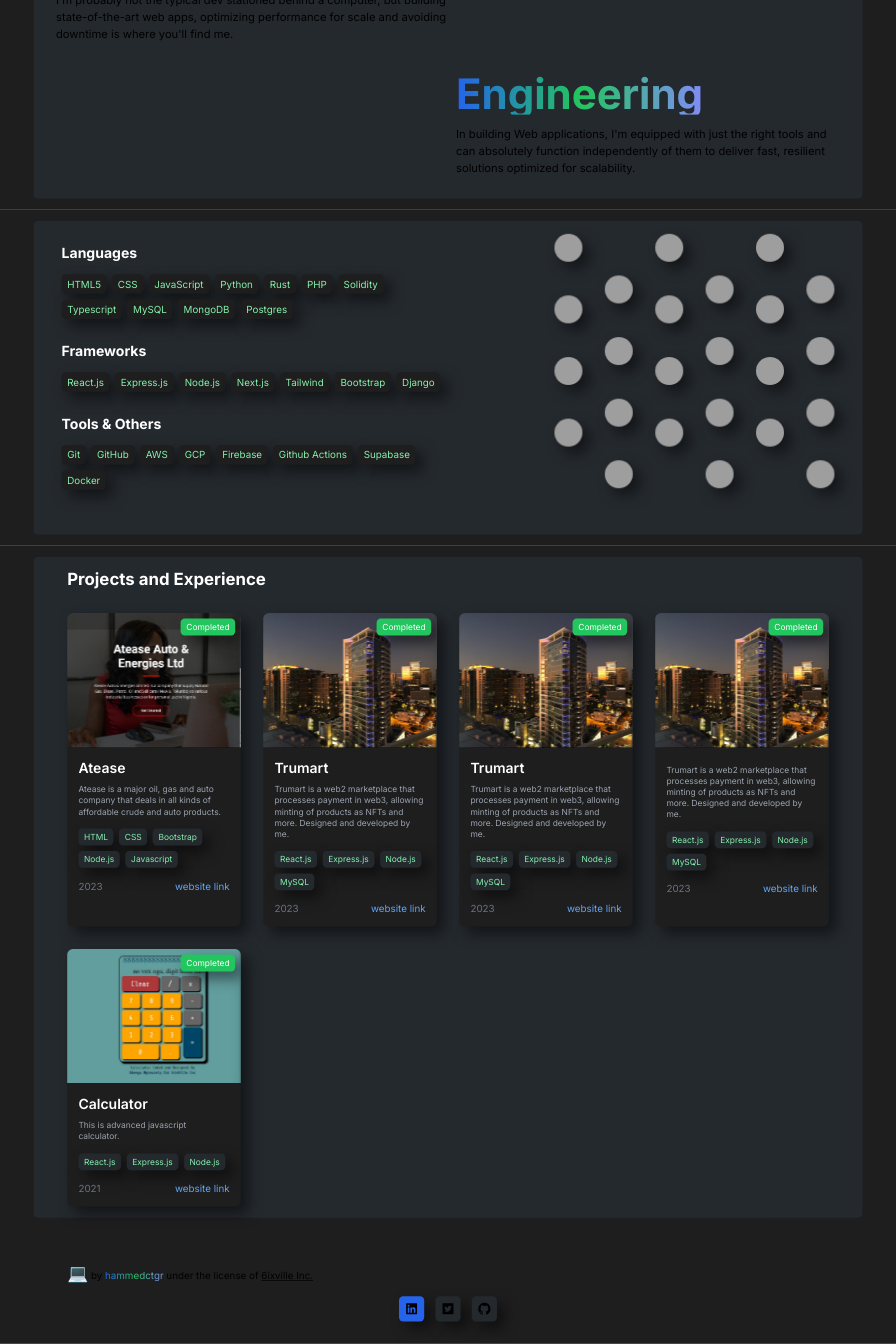
Repository: muhammedctgr/hammedctgr
Page: /
These files come from the project's save history. The page is drawn as it stood at one moment and after a run of saves; the edit follows.
The browser window is 1280 px wide. The pictures show the part of the page from y = 744 to 2664 px (the page is 2664 px tall), at 70% of full size.
Pictures or frames that could not be fetched are drawn as grey boxes. The project was rebuilt for these pictures with package versions that can differ from the ones it lists, and the page was loaded fresh each time. The framework's server and built-in components were replaced by stand-ins that run in the browser. Also part of the build but not shown: next.config.mjs.

Above is the page before, as saved 2024-08-17 10:59:26.

### app/layout.tsx
import type { Metadata } from "next";
import { Inter } from "next/font/google";
import "./globals.css";

const inter = Inter({ subsets: ["latin"] });

export const metadata: Metadata = {
  title: "Popoola Muhammed",
  description: "Generated by create next app",
};

export default function RootLayout({
  children,
}: Readonly<{
  children: React.ReactNode;
}>) {
  return (
    <html lang="en">
      <body className={inter.className}>{children}</body>
    </html>
  );
}

### app/page.tsx
import Head from 'next/head';
import Hero from '../components/Hero';
import SkillsSection from '@/components/SkillsSection';
import SummarySection from '@/components/SummarySection';
import ProjectsSection from '@/components/ProjectsSection';
import Footer from '@/components/Footer';

const Home = () => (
  <div>
    <Head>
      <title>Popoola Muhammed | Fullstack Dev</title>
      <meta name="description" content="Welcome to my developer portfolio" />
    </Head>

    <Hero />
    <SummarySection />
    <SkillsSection />
    <ProjectsSection />
    <Footer />
  </div>
);

export default Home;

### app/globals.css
@tailwind base;
@tailwind components;
@tailwind utilities;

:root {
  --foreground-rgb: 0, 0, 0;
  --background-start-rgb: 214, 219, 220;
  --background-end-rgb: 255, 255, 255;
}

@media (prefers-color-scheme: dark) {
  :root {
    --foreground-rgb: 255, 255, 255;
    --background-start-rgb: 0, 0, 0;
    --background-end-rgb: 0, 0, 0;
  }
}

body {
  color: rgb(var(--foreground-rgb));
  background: linear-gradient(
      to bottom,
      transparent,
      rgb(var(--background-end-rgb))
    )
    rgb(var(--background-start-rgb));
}

@layer utilities {
  .text-balance {
    text-wrap: balance;
  }
}


@keyframes upDown {
  0%, 100% {
    transform: translateY(0);
  }
  50% {
    transform: translateY(-10px); /* Adjust the value as needed */
  }
}

.animate-upDown {
  animation: upDown 2s infinite ease-in-out; /* Adjust duration as needed */
}


@keyframes scroll-medium {
  0% {
    transform: translateY(-100%);
  }
  100% {
    transform: translateY(100%);
  }
}

@keyframes scroll-fast {
  0% {
    transform: translateY(-100%);
  }
  100% {
    transform: translateY(30vh);
  }
}

@keyframes scroll-upfast {
  0% {
    transform: translateY(100%);
  }
  100% {
    transform: translateY(-30vh);
  }
}

.animate-scroll-upfast {
  animation: scroll-upfast 2s linear infinite;
}

.animate-scroll-fast {
  animation: scroll-fast 2s linear infinite;
}

.animate-scroll-medium {
  animation: scroll-medium 6s linear infinite;
}

.animate-scroll-delay {
  animation-delay: 2s;
}

.animate-scroll-delay-long {
  animation-delay: 4s;
}

.animate-scroll {
  animation: scroll 10s linear infinite;
}

.neumorph {
  border-radius: 5px;
  background: linear-gradient(145deg, #161414, #1a1818);
  box-shadow:  5px 5px 10px #111010,
               -5px -5px 10px #1f1c1c;
}

@keyframes slide {
  0% { transform: translateX(0); }
  100% { transform: translateX(-100%); }
}

.infinite-scroll {
  display: flex;
  animation: slide 2s ease-in-out infinite;
}

.infinite-scroll img {
  min-width: 100%;
}

### components/Hero.tsx
import Image from 'next/image';
import profilePic from '../public/profile.png';
import { AiFillLinkedin, AiFillGithub, AiFillTwitterSquare, AiFillX } from 'react-icons/ai';

const Hero = () => {
  return (
    <section className="bg-gptGray px-4 py-4 md:pt-8 md:px-8 lg:px-12 text-white flex items-center">
  <div className="container bg-githubGray shadow-lg rounded-md mx-auto flex flex-col md:flex-row md:px-2 relative overflow-hidden">
    <div className="flex-1 text-left p-4 md:p-8">
      <div className="inline-block bg-blue-600 text-black py-1 px-3 mb-4 rounded-md">
        Hi, I’m
      </div>
      <div className="mb-6">
        <h1 className="text-xl md:text-3xl font-bold">Popoola Muhammed</h1>
        <p className="mt-2 text-lg md:text-xl">Full-Stack Developer, I build and manage</p>
      </div>
      <ul className="mt-4 list-disc list-inside text-xs md:text-base">
        <li>Highly Optimized and Responsive <span className="text-blue-600">FRONT-END</span></li>
        <li>Secure and Scalable <span className="text-blue-600">BACK-END & DATABASE</span></li>
        <li><span className="text-blue-600">IT</span> Infrastructure</li>
      </ul>
      <div className="mt-6">
        <a href="#contact" className="underline">Let’s Connect</a>
        <div className="mt-2 flex justify-start space-x-4">
          <a href="#" className="bg-blue-600 p-2 rounded-md shadow-deep-all transform transition-transform duration-300 hover:scale-110">
            <AiFillLinkedin size={20} />
          </a>
          <a href="#" className="bg-githubGray p-2 rounded-md shadow-deep-all transform transition-transform duration-300 hover:scale-110">
            <AiFillTwitterSquare size={20} />
          </a>
          <a href="#" className="bg-githubGray p-2 rounded-md shadow-deep-all transform transition-transform duration-300 hover:scale-110">
            <AiFillGithub size={20} />
          </a>
        </div>
      </div>
    </div>
    <div className="relative flex-1 p-4 md:p-8">
      <img src="https://cdn.jsdelivr.net/gh/devicons/devicon@latest/icons/python/python-original.svg" className="right-4 w-8 h-8 md:w-16 md:h-16 lg:w-16 lg:h-16 bg-gptGray rounded-md animate-bounce shadow-deep-all" />
      <div className="relative w-40 h-40 md:w-72 md:h-72 lg:w-96 lg:h-96 mx-auto">
        <Image src={profilePic} alt="Popoola Muhammed" layout="fill" className="rounded-full object-cover animate-upDown" />
      </div>
      <img src="https://cdn.jsdelivr.net/gh/devicons/devicon@latest/icons/rust/rust-original.svg"  className="w-8 h-8 md:w-16 md:h-16 lg:w-16 lg:h-16 bg-gptGray rounded-3xl shadow-deep-all animate-bounce absolute top-8 right-4" />
      <img src="https://cdn.jsdelivr.net/gh/devicons/devicon@latest/icons/javascript/javascript-original.svg" className="w-8 h-8 md:w-12 md:h-12 lg:w-12 lg:h-12 bg-gptGray rounded-md animate-bounce shadow-deep-all" />
    </div>
    <img src="https://cdn.jsdelivr.net/gh/devicons/devicon@latest/icons/nextjs/nextjs-original.svg" className="w-8 h-8 md:w-12 md:h-12 lg:w-12 lg:h-12 bg-gptGray rounded-3xl shadow-deep-all animate-bounce absolute bottom-4 right-36" />
  </div>
</section>
  );
};

export default Hero;

### components/SkillsSection.tsx
import Image from 'next/image';
import { FC } from 'react';

interface SkillCategory {
  title: string;
  skills: { name: string; }[];
}

const skills: SkillCategory[] = [
  {
    title: "Languages",
    skills: [
      { name: "HTML5",  },
      { name: "CSS", },
      { name: "JavaScript",  },
      { name: "Python", },
      { name: "Rust",  },
      { name: "PHP", },
      { name: "Solidity",  },
      { name: "Typescript",  },
      { name: "MySQL",  },
      { name: "MongoDB", },
      { name: "Postgres", },
    ],
  },
  {
    title: "Frameworks",
    skills: [
      { name: "React.js", },
      { name: "Express.js",  },
      { name: "Node.js", },
      { name: "Next.js", },
      { name: "Tailwind", },
      { name: "Bootstrap", },
      { name: "Django", }
    ],
  },
  {
    title: "Tools & Others",
    skills: [
      { name: "Git",  },
      { name: "GitHub",  },
      { name: "AWS", },
      { name: "GCP", },
      { name: "Firebase", },
      { name: "Github Actions", },
      { name: "Supabase",  },
      { name: "Docker",  },
    ],
  },
];

const icons = [
  "/icons/html5.svg", // Replace with your icon paths
  "/icons/css3.svg",
  "/icons/javascript.svg",
  "/icons/python.svg",
  // Add the rest of the icons as needed
];

const SkillsSection: FC = () => {
  return (
  <section className="px-4 py-4 md:px-8 lg:px-12 bg-gptGray text-white w-full h-full">
  <div className="container bg-githubGray rounded-md mx-auto flex flex-col md:flex-row items-start md:px-2">
    <div className="flex-1 p-4 md:p-8">
      {skills.map((category) => (
        <div key={category.title} className="mb-8">
          <h2 className="text-lg md:text-xl font-bold mb-4 ">{category.title}</h2>
          <div className="flex flex-wrap gap-2">
            {category.skills.map((skill) => (
              <span
                key={skill.name}
                className={`px-2 py-1 rounded-md text-sm shadow-deep-all bg-gptGray text-green-300`}
              >
                {skill.name}
              </span>
            ))}
          </div>
        </div>
      ))}
    </div>
    <div className="flex-1 flex flex-col items-center md:items-end overflow-hidden md:pb-8">
      <div className="grid grid-cols-6 md:grid-cols-6 gap-8 p-4 md:p-8">
      <img src="https://cdn.jsdelivr.net/gh/devicons/devicon@latest/icons/html5/html5-original.svg" className="w-10 h-10 md:w-10 md:h-10 lg:w-10 lg:h-10 bg-gptGray rounded-3xl shadow-deep-all mt-4 animate-scroll-fast" />
      <img src="https://cdn.jsdelivr.net/gh/devicons/devicon@latest/icons/css3/css3-original.svg" className="w-10 h-10 md:w-10 md:h-10 lg:w-10 lg:h-10 bg-gptGray rounded-3xl shadow-deep-all mt-4 animate-scroll-upfast" />
      <img src="https://cdn.jsdelivr.net/gh/devicons/devicon@latest/icons/javascript/javascript-original.svg" className="w-10 h-10 md:w-10 md:h-10 lg:w-10 lg:h-10 bg-gptGray rounded-3xl shadow-deep-all mt-4 animate-scroll-fast" />
      <img src="https://cdn.jsdelivr.net/gh/devicons/devicon@latest/icons/python/python-original.svg" className="w-10 h-10 md:w-10 md:h-10 lg:w-10 lg:h-10 bg-gptGray rounded-3xl shadow-deep-all mt-4 animate-scroll-upfast" />
      <img src="https://cdn.jsdelivr.net/gh/devicons/devicon@latest/icons/rust/rust-original.svg"  className="w-10 h-10 md:w-10 md:h-10 lg:w-10 lg:h-10 bg-gptGray rounded-3xl shadow-deep-all mt-4 animate-scroll-fast" />
      <img src="https://cdn.jsdelivr.net/gh/devicons/devicon@latest/icons/php/php-original.svg" className="w-10 h-10 md:w-10 md:h-10 lg:w-10 lg:h-10 bg-gptGray rounded-3xl shadow-deep-all mt-4 animate-scroll-upfast"  />
      <img src="https://cdn.jsdelivr.net/gh/devicons/devicon@latest/icons/solidity/solidity-original.svg" className="w-10 h-10 md:w-10 md:h-10 lg:w-10 lg:h-10 bg-gptGray rounded-3xl shadow-deep-all mt-4 animate-scroll-fast" />
      <img src="https://cdn.jsdelivr.net/gh/devicons/devicon@latest/icons/typescript/typescript-original.svg" className="w-10 h-10 md:w-10 md:h-10 lg:w-10 lg:h-10 bg-gptGray rounded-3xl shadow-deep-all mt-4 animate-scroll-upfast" />
      <img src="https://cdn.jsdelivr.net/gh/devicons/devicon@latest/icons/mysql/mysql-original.svg" className="w-10 h-10 md:w-10 md:h-10 lg:w-10 lg:h-10 bg-gptGray rounded-3xl shadow-deep-all mt-4 animate-scroll-fast" />
      <img src="https://cdn.jsdelivr.net/gh/devicons/devicon@latest/icons/mongodb/mongodb-original.svg" className="w-10 h-10 md:w-10 md:h-10 lg:w-10 lg:h-10 bg-gptGray rounded-3xl shadow-deep-all mt-4 animate-scroll-upfast" />
      <img src="https://cdn.jsdelivr.net/gh/devicons/devicon@latest/icons/react/react-original.svg" className="w-10 h-10 md:w-10 md:h-10 lg:w-10 lg:h-10 bg-gptGray rounded-3xl shadow-deep-all mt-4 animate-scroll-fast" />
      <img src="https://cdn.jsdelivr.net/gh/devicons/devicon@latest/icons/nextjs/nextjs-original.svg" className="w-10 h-10 md:w-10 md:h-10 lg:w-10 lg:h-10 bg-gptGray rounded-3xl shadow-deep-all mt-4 animate-scroll-upfast" />
      <img src="https://cdn.jsdelivr.net/gh/devicons/devicon@latest/icons/tailwindcss/tailwindcss-original.svg" className="w-10 h-10 md:w-10 md:h-10 lg:w-10 lg:h-10 bg-gptGray rounded-3xl shadow-deep-all mt-4 animate-scroll-fast" />
      <img src="https://cdn.jsdelivr.net/gh/devicons/devicon@latest/icons/git/git-original.svg" className="w-10 h-10 md:w-10 md:h-10 lg:w-10 lg:h-10 bg-gptGray rounded-3xl shadow-deep-all mt-4 animate-scroll-upfast" />
      <img src="https://cdn.jsdelivr.net/gh/devicons/devicon@latest/icons/github/github-original.svg" className="w-10 h-10 md:w-10 md:h-10 lg:w-10 lg:h-10 bg-gptGray rounded-3xl shadow-deep-all mt-4 animate-scroll-fast" />
      <img src="https://cdn.jsdelivr.net/gh/devicons/devicon@latest/icons/amazonwebservices/amazonwebservices-original-wordmark.svg" className="w-10 h-10 md:w-10 md:h-10 lg:w-10 lg:h-10 bg-gptGray rounded-3xl shadow-deep-all mt-4 animate-scroll-upfast" />
      <img src="https://cdn.jsdelivr.net/gh/devicons/devicon@latest/icons/googlecloud/googlecloud-original.svg" className="w-10 h-10 md:w-10 md:h-10 lg:w-10 lg:h-10 bg-gptGray rounded-3xl shadow-deep-all mt-4 animate-scroll-fast" />
      <img src="https://cdn.jsdelivr.net/gh/devicons/devicon@latest/icons/postgresql/postgresql-original.svg" className="w-10 h-10 md:w-10 md:h-10 lg:w-10 lg:h-10 bg-gptGray rounded-3xl shadow-deep-all mt-4 animate-scroll-upfast" />
      <img src="https://cdn.jsdelivr.net/gh/devicons/devicon@latest/icons/supabase/supabase-original.svg" className="w-10 h-10 md:w-10 md:h-10 lg:w-10 lg:h-10 bg-gptGray rounded-3xl shadow-deep-all mt-4 animate-scroll-fast" />
      <img src="https://cdn.jsdelivr.net/gh/devicons/devicon@latest/icons/docker/docker-original.svg" className="w-10 h-10 md:w-10 md:h-10 lg:w-10 lg:h-10 bg-gptGray rounded-3xl shadow-deep-all mt-4 animate-scroll-upfast" />
      <img src="https://cdn.jsdelivr.net/gh/devicons/devicon@latest/icons/django/django-plain.svg" className="w-10 h-10 md:w-10 md:h-10 lg:w-10 lg:h-10 bg-gptGray rounded-3xl shadow-deep-all mt-4 animate-scroll-fast" />
      <img src="https://cdn.jsdelivr.net/gh/devicons/devicon@latest/icons/bootstrap/bootstrap-original.svg" className="w-10 h-10 md:w-10 md:h-10 lg:w-10 lg:h-10 bg-gptGray rounded-3xl shadow-deep-all mt-4 animate-scroll-upfast" />
      <img src="https://cdn.jsdelivr.net/gh/devicons/devicon@latest/icons/nodejs/nodejs-original.svg" className="w-10 h-10 md:w-10 md:h-10 lg:w-10 lg:h-10 bg-gptGray rounded-3xl shadow-deep-all mt-4 animate-scroll-fast" />
      <img src="https://cdn.jsdelivr.net/gh/devicons/devicon@latest/icons/githubactions/githubactions-original.svg" className="w-10 h-10 md:w-10 md:h-10 lg:w-10 lg:h-10 bg-gptGray rounded-3xl shadow-deep-all mt-4 animate-scroll-upfast" />
      </div>
    </div>
  </div>
</section>
  );
};

export default SkillsSection;

### components/SummarySection.tsx
import { FC } from 'react';

const SummarySection: FC = () => {
  return (
<section className="px-4 py-4 md:px-8 lg:px-12 bg-gptGray relative overflow-hidden">
  <div className="container bg-githubGray mx-auto flex rounded-md flex-col md:flex-row justify-between items-start md:px-8 p-4 md:p-8">
    <div className=" mb-8 md:mb-8">
      <div className="mb-4">
        <span className="text-4xl md:text-6xl font-bold bg-gradient-to-r from-blue-600 via-green-500 to-indigo-400 inline-block text-transparent bg-clip-text">Software</span>
      </div>
      <p className="text-sm md:text-base">
        I'm probably not the typical dev stationed behind a computer, but building state-of-the-art web apps, optimizing performance for scale and avoiding downtime is where you'll find me.
      </p>
    </div>
    <div className=" md:mt-48">
      <div className="mb-4">
        <span className="text-4xl md:text-6xl font-bold bg-gradient-to-r from-blue-600 via-green-500 to-indigo-400 inline-block text-transparent bg-clip-text">Engineering</span>
      </div>
      <p className="text-sm md:text-base">
        In building Web applications, I'm equipped with just the right tools and can absolutely function independently of them to deliver fast, resilient solutions optimized for scalability.
      </p>
    </div>
  </div>
</section>
  );
};

export default SummarySection;

### components/ProjectsSection.tsx
import { FC } from 'react';

interface Project {
  title: string;
  description: string;
  technologies: string[];
  date: string;
  status: string;
  images: string[];
  link: string;
}

const projects: Project[] = [
  {
    title: "Atease",
    description: "Atease is a major oil, gas and auto company that deals in all kinds of affordable crude and auto products.",
    technologies: ["HTML", "CSS", "Bootstrap", "Node.js", "Javascript"],
    date: "2023",
    status: "Completed",
    images: ["at1.jpg", "at2.jpg", "at3.jpg",],
    link: "https://ateasegroup.com",
  },
  {
    title: "Trumart",
    description: "Trumart is a web2 marketplace that processes payment in web3, allowing minting of products as NFTs and more. Designed and developed by me.",
    technologies: ["React.js", "Express.js", "Node.js", "MySQL"],
    date: "2023",
    status: "Completed",
    images: ["pic1.jpg", "pic1.jpg", "pic1.jpg"],
    link: "https://example.com",
  },
  {
    title: "Trumart",
    description: "Trumart is a web2 marketplace that processes payment in web3, allowing minting of products as NFTs and more. Designed and developed by me.",
    technologies: ["React.js", "Express.js", "Node.js", "MySQL"],
    date: "2023",
    status: "Completed",
    images: ["pic1.jpg", "pic1.jpg",],
    link: "https://example.com",
  },
  {
    title: "",
    description: "Trumart is a web2 marketplace that processes payment in web3, allowing minting of products as NFTs and more. Designed and developed by me.",
    technologies: ["React.js", "Express.js", "Node.js", "MySQL"],
    date: "2023",
    status: "Completed",
    images: ["pic1.jpg", "pic1.jpg",],
    link: "https://example.com",
  },
  {
    title: "Calculator",
    description: "This is advanced javascript calculator.",
    technologies: ["React.js", "Express.js", "Node.js",],
    date: "2021",
    status: "Completed",
    images: ["calc2.jpg", "calc1.jpg", "at1.jpg",],
    link: "https://codepen.io/6ix-ville/full/zYEOQex",
  },
  // Add more projects as needed...
];

const ProjectsSection: FC = () => {
  return (
    <section className="bg-gptGray md:px-8 px-4 py-4 lg:px-12">
      <div className="container bg-githubGray rounded-md mx-auto md:px-8">
        <h2 className="text-2xl font-bold text-white p-4">Projects and Experience</h2>
        <div className="grid grid-cols-1 sm:grid-cols-3 lg:grid-cols-4 gap-8 p-4">
          {projects.map((project, index) => (
            <div key={index} className="bg-gptGray rounded-lg overflow-hidden shadow-deep-all transform transition-transform duration-300 hover:scale-105 ">
              <div className="relative w-full h-48 overflow-hidden">
                <div className="absolute inset-0 flex animate-slide infinite-scroll">
                  {project.images.map((image, i) => (
                    <img key={i} src={image} alt={`${project.title} image ${i + 2}`} className="w-full h-full object-cover shadow-deep-all" />
                  ))}
                </div>
                <span className="shadow-deep-all absolute top-2 right-2 bg-green-500 text-xs text-white px-2 py-1 rounded-md">{project.status}</span>
              </div>
              <div className="p-4">
                <h3 className="text-xl font-semibold text-white mb-2">{project.title}</h3>
                <p className="text-gray-400 text-xs mb-4">{project.description}</p>
                <div className="flex flex-wrap gap-2 mb-4">
                  {project.technologies.map((tech, i) => (
                    <span key={i} className="bg-githubGray shadow-deep-all text-green-300 text-xs px-2 py-1 rounded-md">{tech}</span>
                  ))}
                </div>
                <div className="flex justify-between items-center">
                  <span className="text-gray-500 text-sm">{project.date}</span>
                  <a href={project.link} target="_blank" rel="noopener noreferrer" className="text-blue-400 hover:underline text-sm">website link</a>
                </div>
              </div>
            </div>
          ))}
        </div>
      </div>
    </section>
  );
};

export default ProjectsSection;

### components/Footer.tsx
import { AiFillLinkedin, AiFillGithub, AiFillTwitterSquare, AiFillX } from 'react-icons/ai';

const Footer = () => {
    return (
        <div className="bg-gptGray px-4 py-4 md:pt-4 md:px-4 lg:px-12">
            <div className='bg-gptGray px-4 py-4 md:pt-8 md:px-12 text-sm'>
                <p>
                <span className='text-2xl'>&#128187;</span> by <span className='bg-gradient-to-r from-blue-600 via-green-500 to-indigo-400 inline-block text-transparent bg-clip-text'>hammedctgr</span> under the license of <a href="https://6ixville.github.io/" target="_blank" rel="noopener noreferrer" className='underline'>6ixville Inc.</a>
                </p>
                <div className="">
                    <div className="flex justify-center space-x-4 mt-4">
                        <a href="#" className="bg-blue-600 p-2 rounded-md shadow-deep-all transform transition-transform duration-300 hover:scale-110">
                            <AiFillLinkedin size={20} />
                        </a>
                        <a href="#" className="bg-githubGray p-2 rounded-md shadow-deep-all transform transition-transform duration-300 hover:scale-110">
                            <AiFillTwitterSquare size={20} />
                        </a>
                        <a href="#" className="bg-githubGray p-2 rounded-md shadow-deep-all transform transition-transform duration-300 hover:scale-110">
                            <AiFillGithub size={20} />
                        </a>
                    </div>
                </div>
            </div>
       </div>
     );
}

export default Footer;

### tailwind.config.ts
import type { Config } from "tailwindcss";

const config: Config = {
  content: [
    "./pages/**/*.{js,ts,jsx,tsx,mdx}",
    "./components/**/*.{js,ts,jsx,tsx,mdx}",
    "./app/**/*.{js,ts,jsx,tsx,mdx}",
  ],
  theme: {
    extend: {
      backgroundImage: {
        "gradient-radial": "radial-gradient(var(--tw-gradient-stops))",
        "gradient-conic":
          "conic-gradient(from 180deg at 50% 50%, var(--tw-gradient-stops))",
      },
      colors: {
        githubGray: '#24292e',
        gptGray: '#1e1e1e', // Define the exact color
        gradient: 'bg-gradient-to-r from-blue-600 via-green-500 to-indigo-400 inline-block text-transparent bg-clip-text'
      },
      boxShadow: {
        'deep-right': '10px 10px 20px rgba(0, 0, 0, 0.25)',  // Right side shadow
        'deep-left': '-10px 10px 20px rgba(0, 0, 0, 0.25)',  // Left side shadow
        'deep-top': '10px -10px 20px rgba(0, 0, 0, 0.25)',   // Top side shadow
        'deep-bottom': '10px 10px 20px rgba(0, 0, 0, 0.25)', // Bottom side shadow
        'deep-all': '10px 10px 20px rgba(0, 0, 0, 0.5)',     // All sides shadow
      }
    },
  },
  plugins: [],
};
export default config;

After the next 2 saves:
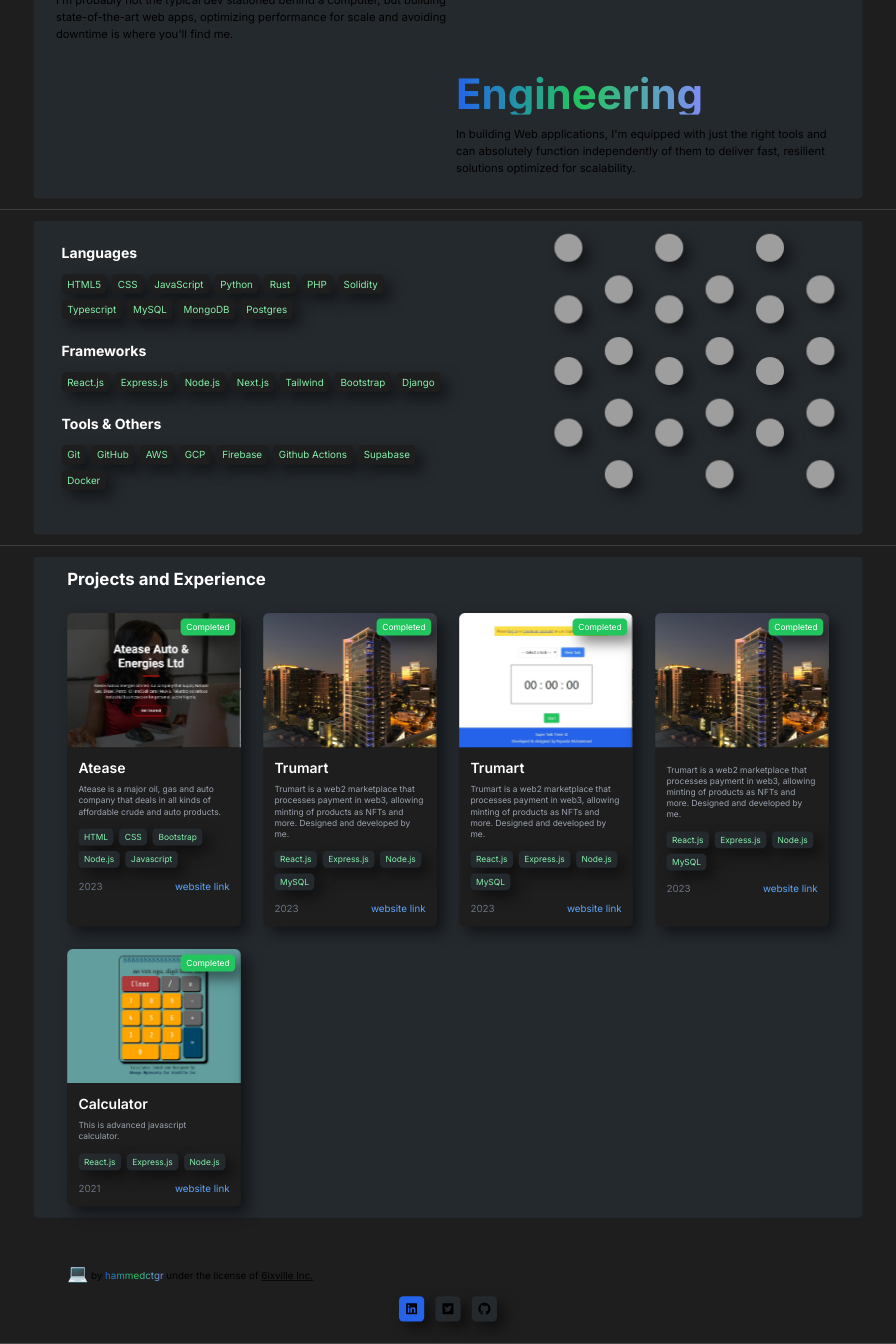
The 2 saves are shown as one change because they came seconds apart.
The last was saved 40 min 29 s later.
--- a/components/ProjectsSection.tsx
+++ b/components/ProjectsSection.tsx
@@ -35,7 +35,7 @@ const projects: Project[] = [
     technologies: ["React.js", "Express.js", "Node.js", "MySQL"],
     date: "2023",
     status: "Completed",
-    images: ["pic1.jpg", "pic1.jpg",],
+    images: ["sp1.jpg", "pic1.jpg",],
     link: "https://example.com",
   },
   {
